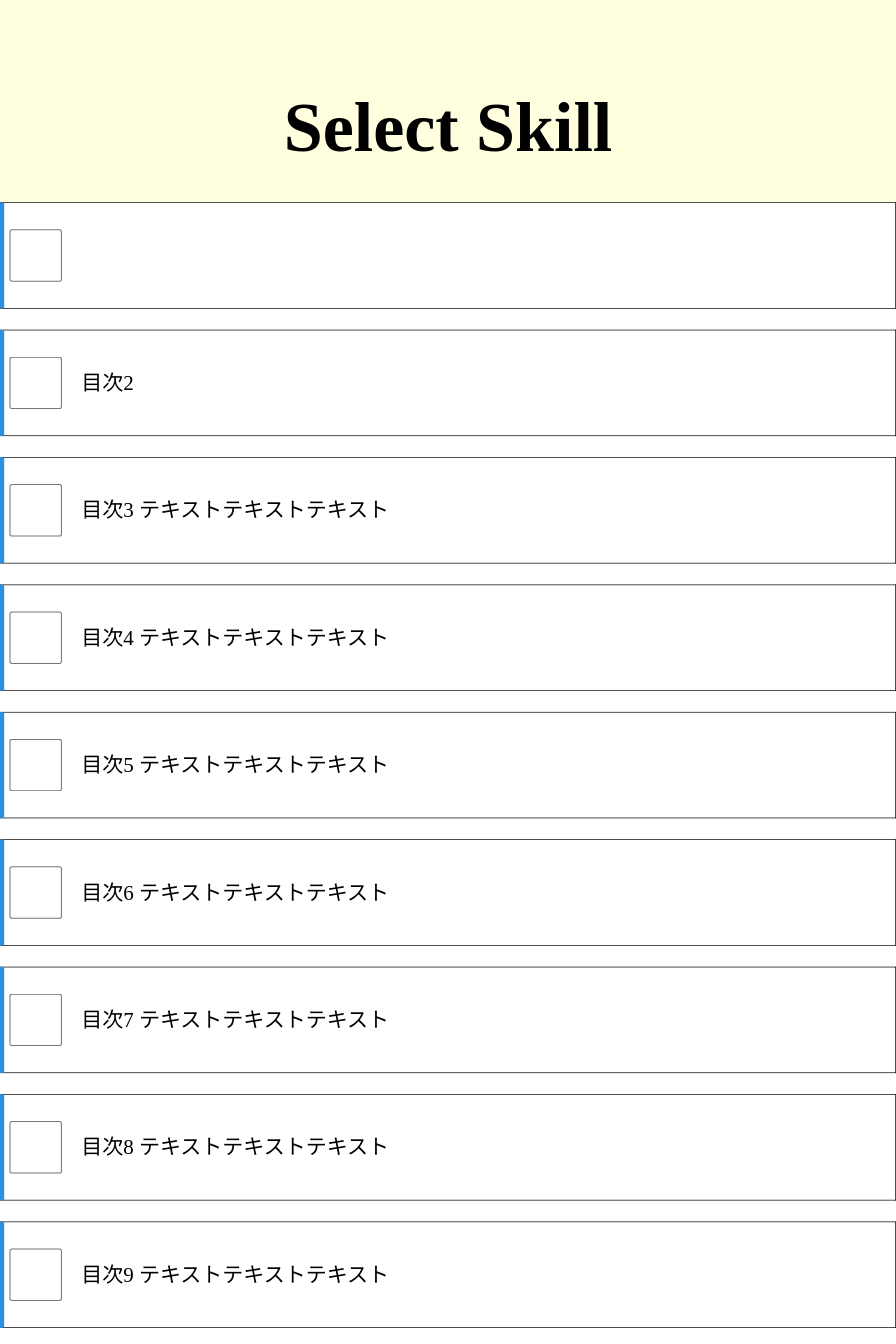
Repository: KittichoteKamalapirat/EMS-management-system
Page: skills.html
The author's editor kept a record of every edit. The page is drawn from the files as they stood at one moment, then again after the next edit.
The browser window is 1280 px wide. The pictures show the part of the page from y = 0 to 1920 px (the page is 3703 px tall), at 70% of full size.
Some web libraries are served in a nearby version.

Above is the page before.

### skills.html
<!DOCTYPE html>
<html>
  <head>
    　<meta charset = "utf-8">
      <link rel="stylesheet" href="/css/index.css" type="text/css" />
      <title>index</title>
      <script src="https://use.fontawesome.com/804afe4c6e.js"></script>
  </head>
  <body>
    <header>
      <div class = "select-skill">Select Skill</div>
    </header>
  <div class="scrollWrap">
  <div class="scrollContent">
    <ul>
      <li><input type="checkbox"></li>
      <li><input type="checkbox">目次2 </li>
      <li><input type="checkbox">目次3 テキストテキストテキスト</li>
      <li><input type="checkbox">目次4 テキストテキストテキスト</li>
      <li><input type="checkbox">目次5 テキストテキストテキスト</li>
      <li><input type="checkbox">目次6 テキストテキストテキスト</li>
      <li><input type="checkbox">目次7 テキストテキストテキスト</li>
      <li><input type="checkbox">目次8 テキストテキストテキスト</li>
      <li><input type="checkbox">目次9 テキストテキストテキスト</li>
      <li><input type="checkbox">目次10 テキストテキストテキスト</li>
    </ul>
  </div>
</div>

<h2 class = "loading hidden">Loading...</h2>
<div class = "icon hidden">
   <i class="fa fa-spinner fa-3x"></i>
</div>
<h2 class = "loading hidden">Please wait</h2>

  a
　<input id = "decide" type="submit" value="決定">

　<div id = "musk" class = "hidden"></div>

<script>
   'use strict';
   {
     const decide = document.getElementById('decide');
     const loading = document.querySelector('loading');
     const icon = document.querySelector('icon');
     decide.addEventListener('click', () => {
     document.classList.remove('hidden');
  });

   }
</script>
</body>

</html>

### public/css/index.css
body {
  background: #FFFFE0;
}

  /* Always set the map height explicitly to define the size of the div
       * element that contains the map. */
      #map {
        height: 100%;
      }
      /* Optional: Makes the sample page fill the window. */
      html, body {
        height: 100%;
        margin: 0;
        padding: 0;
      }


/*modal box*/

.bg-modal {
  width:100%;
  height: 100%;
  background-color: rgba(0, 0, 0, 0.8);
  position: absolute;
  top: 0;
  display: none;
  justify-content: center;
  align-items: center; }


.bg-modal .close {
  position: absolute;
  font-size: 3rem;
　right: 1rem;
  top: 0, 5rem;
  transform: rotate(45deg);
  cursor: pointer; }


.box{
  display: grid¥;
  justify-content: center;
  margin: 0 auto;
  padding: 5rem;
  width: 50%;
  background-color: white;
  position: relative;
 }

 /*html1について*/
.header {
  height: 100px;
  width:100%;
  gackgroud: #E9967A;
}
.splet-boxes {
  margin-top: 350px;
}

.left-box {
  margin-left:5%;
  font-size: 80px;
  float: left;
  width:40%;
  text-align: center;
  height: 600px;
  line-height: 600px;
  cursor: pointer;
}
p {
  font-weight: bold;
  border-radius: 4px;
  border: 2px solid black;
}

.right-box {
  margin-right:5%;
  font-size: 80px;
  float: right;
  width:40%;
  text-align: center;
  height: 600px;
  line-height: 600px;
  cursor: pointer;
}
.left-box p:hover {
  background: #FF0000;
  opacity: 0.7;
}
.right-box p:hover {
  background: #66FF99;
  opacity: 0.7;
}


/*html２について*/
.select-skill {
  font-size: 100px;
  text-align: center;
  font-weight: bold;
  margin-top: 100px;
}
li > input {
  position:relative;
   width: 50px;
   height:50px;
  float: left;
  margin: 50px 40px 0 20px;
  transform:scale(1.5);
}

.scrollWrap {
  width: 100%;
  margin: 0px auto;
  overflow: auto;
}
.scrollContent ul {
  margin-top: 50px;
  list-style: none;
  background: white;
  padding: 0;
  position: relative;
}
.scrollContent ul li {
  margin-bottom: 30px;
  font-size: 30px;
  height: 150px;
  line-height: 150px;
  border:1px solid black;
  border-left: solid 6px #2d8fdd;
  position: relative;
}
.selected {
  background: #FFDDFF;
  opacity: 0.5;
}
/*スクロールバーの幅*/
::-webkit-scrollbar {
    width: 6px;
}
/*スクロールバーのレール*/
::-webkit-scrollbar-track {
  border-radius: 30px;
  background: #eee;
}
/*スクロールバーのつまみ*/
::-webkit-scrollbar-thumb {
  border-radius: 30px;
  background: #81D4FA;
}

a {
  text-decoration: none;
}

#decide {
  margin:50px auto 100px;
  font-size: 60px;
  width: 600px;
  height:100px;
  text-align: center;
  border: 1px solid black;
  display: block;
  color: white;
  background: #808080;
  opacity: 0.7;
　font-size: 70px;
　border-radius: 10px;
　text-align: center;
　line-height: 100px;
}


/*html3について*/
h2 {
  text-align: center;
  font-size: 100px;
}
.loading {
  margin-top: 300px;
}

.icon {
  margin: 0 auto;
  width: 100%;
  text-align: center;
  font-size: 100px;
  transition: .4s;
}
.wait {
  margin-top: 0;
}
.thanks {
  margin: 0 auto;
  width: 100%;
  text-align: center;
  font-size: 100px;
  transition: .4s;
}

.container{
    margin: 0 auto;
    text-align:center;
}
.can {
  margin-top: 300px;
}

#loading{
    margin: 0 auto;
    display: block;
    width: 400px;
}

.go {
  text-decoration: none;
  text-align: center;
  font-size: 50px;
  border:1px solid black;
  border-radius: 5px;
  display: block;
  color:white;
  background: #808080;
  width:600px;
  height: 100px;
  line-height: 100px;
  opacity: 0.7;
}

After the next edit:
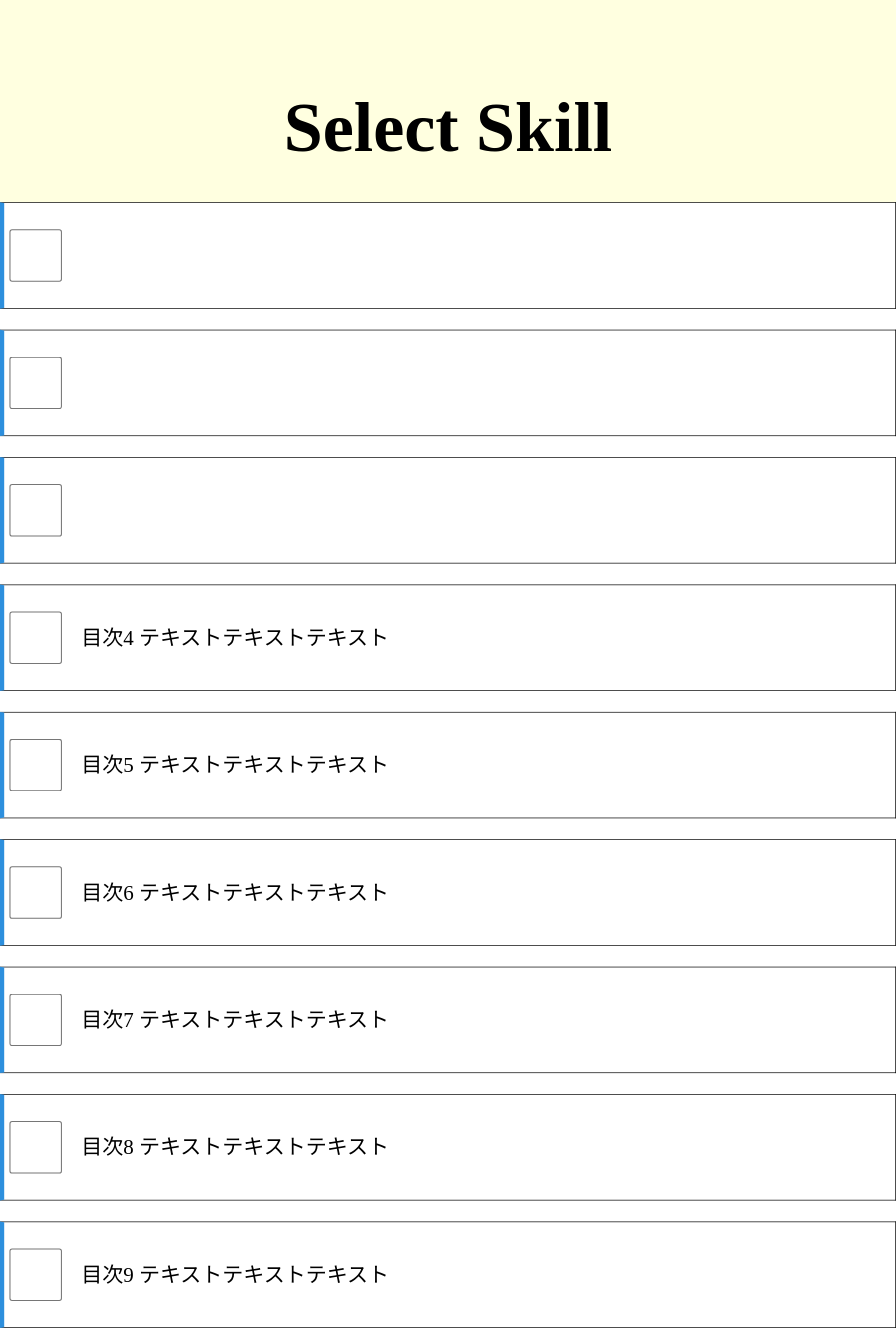
The edit:
--- a/skills.html
+++ b/skills.html
@@ -14,8 +14,8 @@
   <div class="scrollContent">
     <ul>
       <li><input type="checkbox"></li>
-      <li><input type="checkbox">目次2 </li>
-      <li><input type="checkbox">目次3 テキストテキストテキスト</li>
+      <li><input type="checkbox"></li>
+      <li><input type="checkbox"></li>
       <li><input type="checkbox">目次4 テキストテキストテキスト</li>
       <li><input type="checkbox">目次5 テキストテキストテキスト</li>
       <li><input type="checkbox">目次6 テキストテキストテキスト</li>
